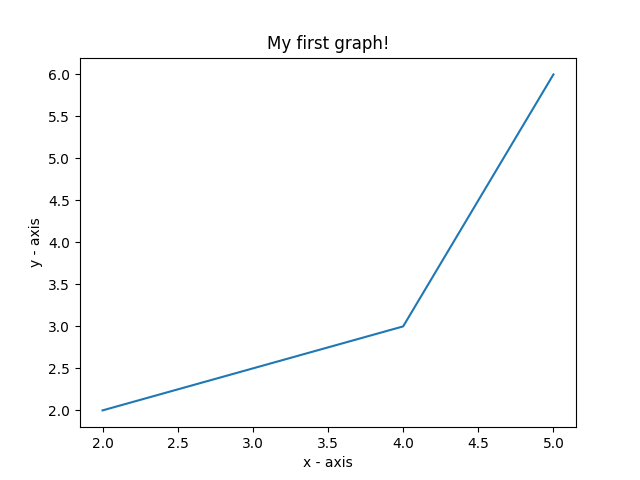
Repository: venu-369/python-basic
Script's output: python graph_plotter/graph.py
An editor plug-in stored every save of this project. The script's output is shown before and after the next save, followed by the edit.
Random numbers start from a fixed seed.

Above is the script's output before, as saved 2023-01-28 20:44:39.

After the next save:
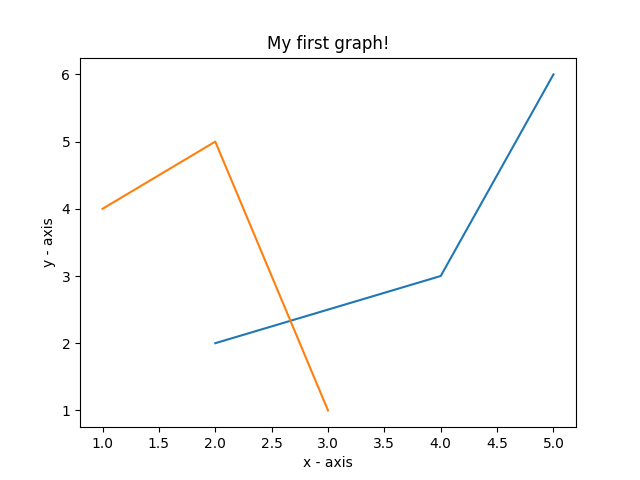
Saved 59 s later.
--- a/graph_plotter/graph.py
+++ b/graph_plotter/graph.py
@@ -1,9 +1,14 @@
 import matplotlib.pyplot as plt
 
-x = [2, 4, 5]
-y = [ 2, 3, 6]
+x1 = [2, 4, 5]
+y2 = [ 2, 3, 6]
 
-plt.plot(x,y)
+plt.plot(x1,y2, label = 'Line 1')
+
+x2 = [1, 2, 3]
+y2 = [ 4, 5, 1]
+
+plt.plot(x2,y2, label = 'Line 2')
 
 plt.xlabel('x - axis')
 plt.ylabel('y - axis')
